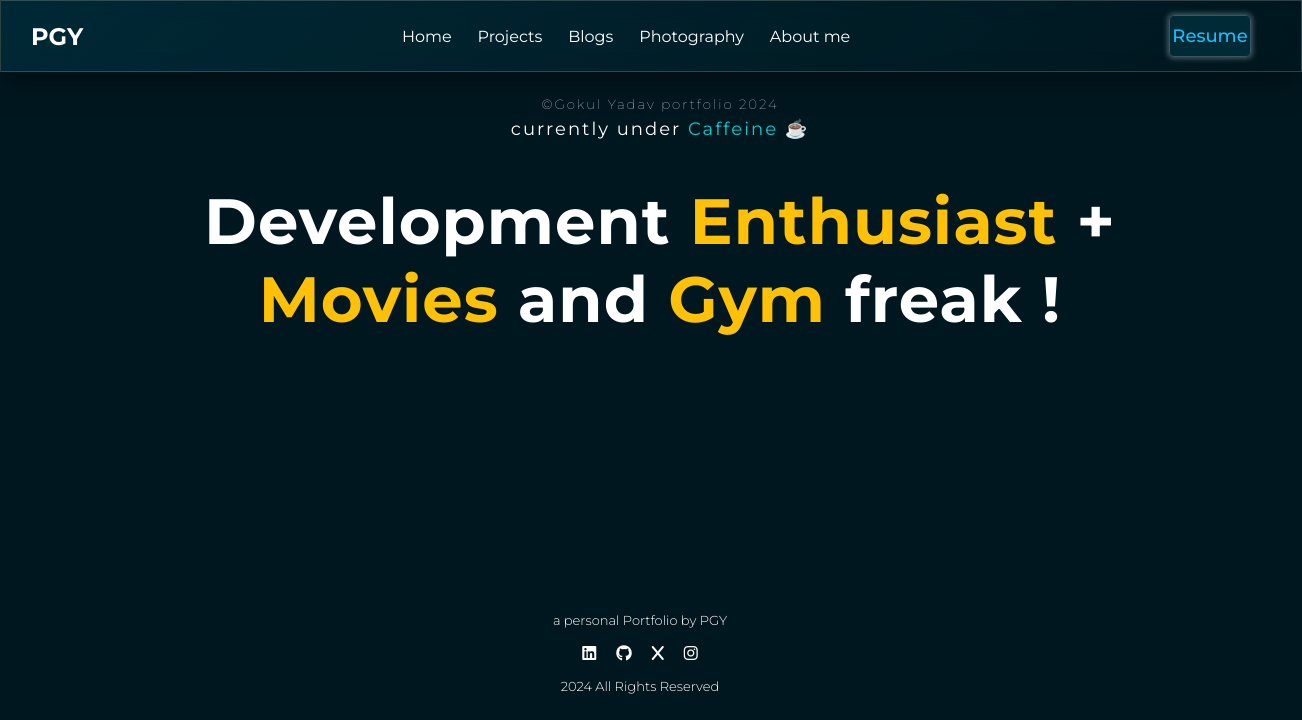
Repository: pgyunknown/pgyunknown
Page: aboutme.html
These files come from the project's save history. The page is drawn as it stood at one moment and after a run of saves; the edit follows.
The browser window is 1280 px wide. The page is 1302 px wide, so the pictures cover 1302 px, including what lies to the right of the window. The pictures show the whole page.
Some web libraries are served in a nearby version.

Above is the page before, as saved 2024-08-23 17:51:28.

After the next 2 saves:
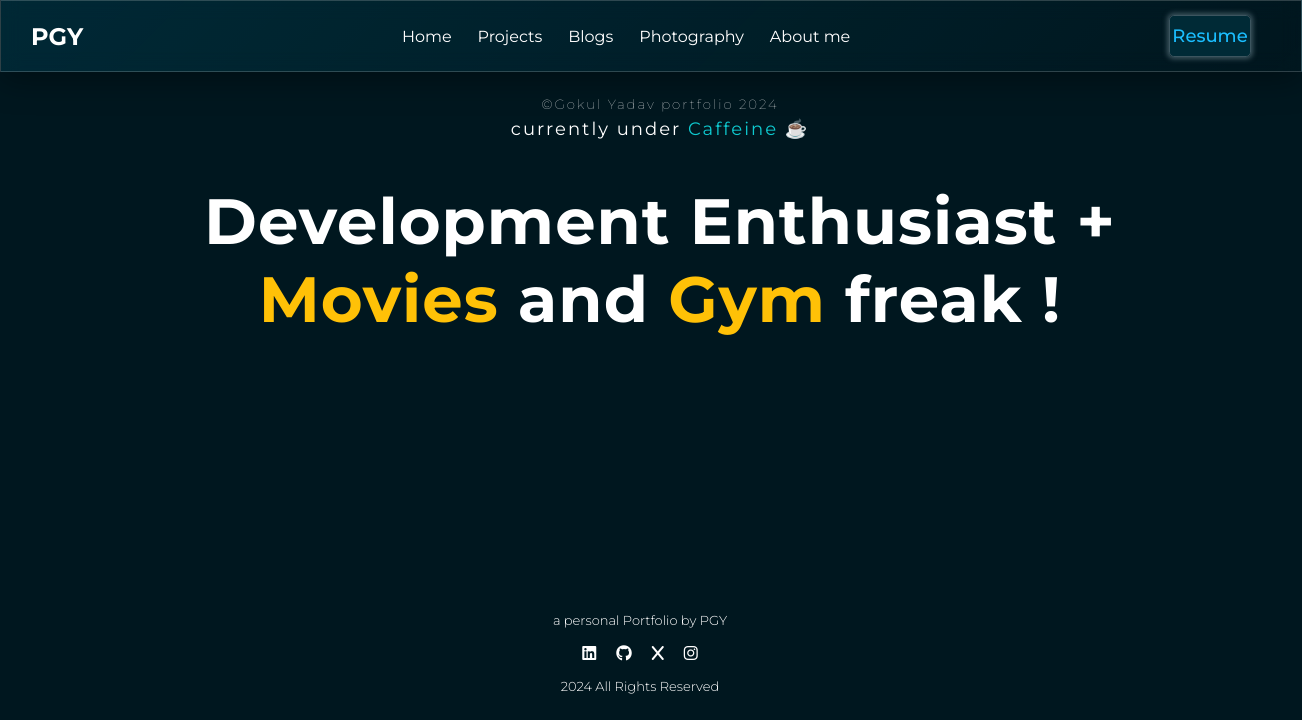
The 2 saves are shown as one change because they came seconds apart.
The last was saved 9 s later.
--- a/aboutme.html
+++ b/aboutme.html
@@ -37,7 +37,7 @@
     </div>
 
     <div class="about">
-        <div class="about1"><h1>Development <span>Enthusiast </span>+</h1></div>
+        <div class="about1"><h1>Development Enthusiast +</h1></div>
         <div class="about2"><h1><span>Movies</span> and <span>Gym</span> freak !</h1></div>
 
     </div>
